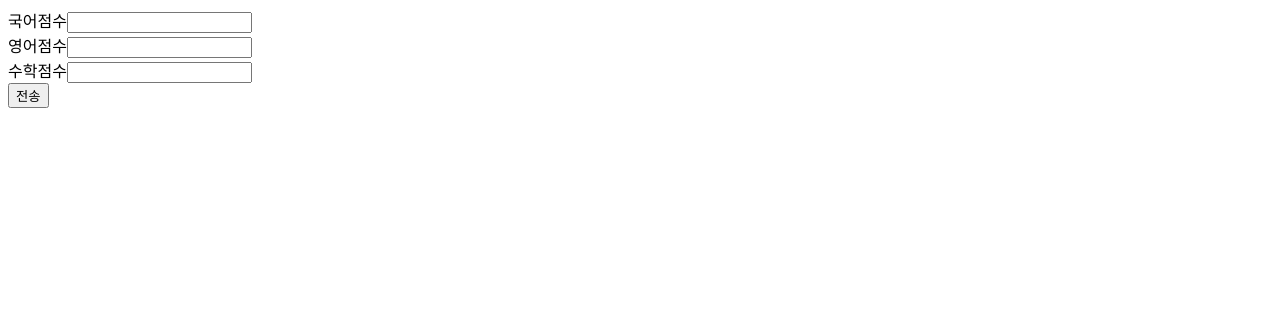
Repository: dongmin7208/JavaServerPage
Page: http://localhost/TEST/calcForm.jsp
An editor plug-in stored every save of this project. The page is shown before and after the next save, followed by the edit.
The browser window is 1280 px wide. The pictures show the whole page.
The page is served by Tomcat 9. Other server files are loaded and not shown.

Above is the page before, as saved 2019-07-26 07:11:06.

### TEST/WebContent/calcForm.jsp
<%@ page language="java" contentType="text/html; charset=UTF-8"
    pageEncoding="UTF-8"%>
<!DOCTYPE html>
<html>
<head>
<meta charset="UTF-8">
<title>국영수</title>
</head>
<body>
	<form method="post" action="/calc">
	국어점수<input type="text" name="kor"> <br>
	영어점수<input type="text" name="eng"> <br>
	수학점수<input type="text" name="mat"> <br>

	<input type="submit" value="전송">

</form>
</body>
</html>

After the next save:
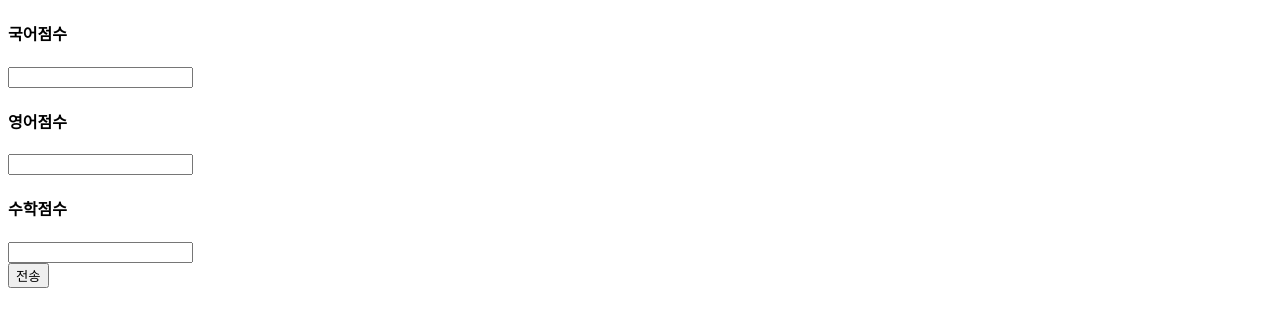
Saved 2 min 58 s later.
--- a/TEST/WebContent/calcForm.jsp
+++ b/TEST/WebContent/calcForm.jsp
@@ -7,10 +7,13 @@
 <title>국영수</title>
 </head>
 <body>
-	<form method="post" action="/calc">
-	국어점수<input type="text" name="kor"> <br>
-	영어점수<input type="text" name="eng"> <br>
-	수학점수<input type="text" name="mat"> <br>
+	<form method="POST" action="/calc.jsp">
+	<h4>국어점수</h4>
+	<label><input type="text" name="kor"></label><br>
+	<h4>영어점수</h4>
+	<label><input type="text" name="eng"></label><br>
+	<h4>수학점수</h4>
+	<label><input type="text" name="mat"></label><br>
 
 	<input type="submit" value="전송">
 
